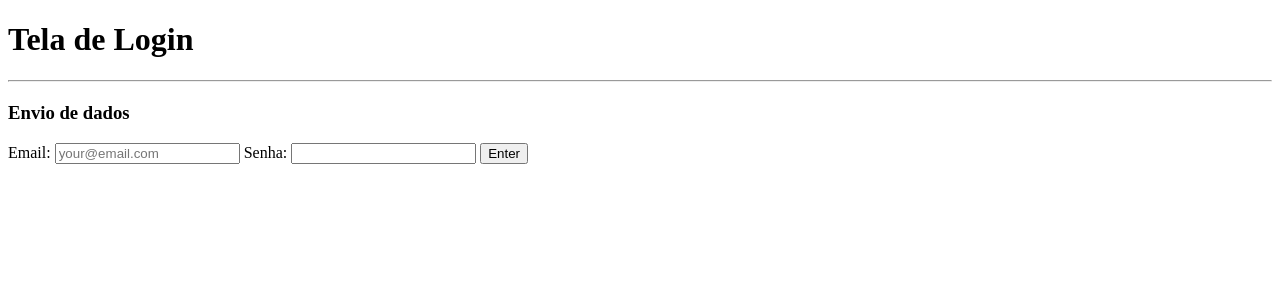
Repository: MarcioFreitasUFSC21/FrontEnd-part-1
Page: index.html
An editor plug-in stored every save of this project. The page is shown before and after the next save, followed by the edit.
The browser window is 1280 px wide. The pictures show the whole page.

Above is the page before, as saved 2023-04-22 19:24:21.

After the next save:
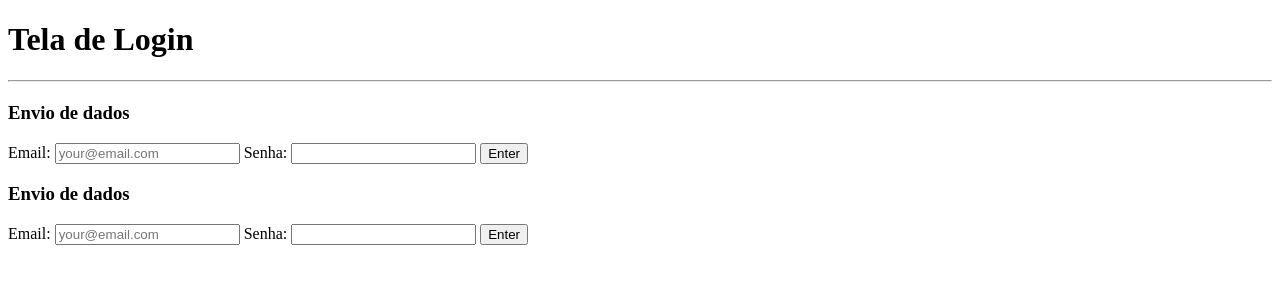
Saved 4 s later.
--- a/index.html
+++ b/index.html
@@ -18,7 +18,14 @@
                 <button type = "submit" action = "save"> Enter</button><br>
             </h2>
         </div>
-
+        <div>
+            <h2>
+                <h3> Envio de dados</h3>
+                <label type = "email"> Email: </label> <input type = "email" placeholder="your@email.com" ></input>
+                <label type = "password"> Senha: </label> <input type = "password"> </input>
+                <button type = "submit" action = "save"> Enter</button>
+            </h2>
+        </div>
     </form>
 </body>
 </html>
